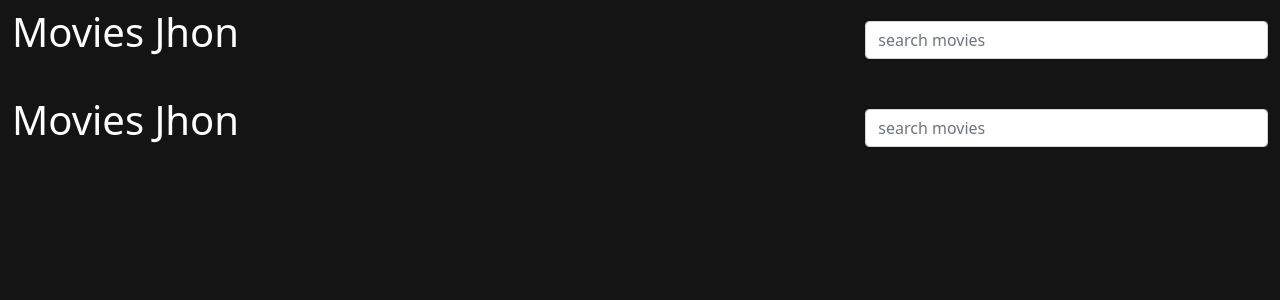
Repository: jhonenmanuel1/movies-get-info-fetch
Page: /
The author's editor kept a copy of each file at every save. The page is drawn from the files as they stood at one save, then again after the next save.
The browser window is 1280 px wide. The pictures show the whole page.
The page's requests for data from a server got no answer. The project was rebuilt for these pictures with package versions that can differ from the ones it lists, and the page was loaded fresh each time. No one was signed in, and anything a server would have sent is missing. Also part of the build but not shown: src/components/AddFavorites.js.

Above is the page before, as saved 2022-06-20 16:31:10.

After the next save:
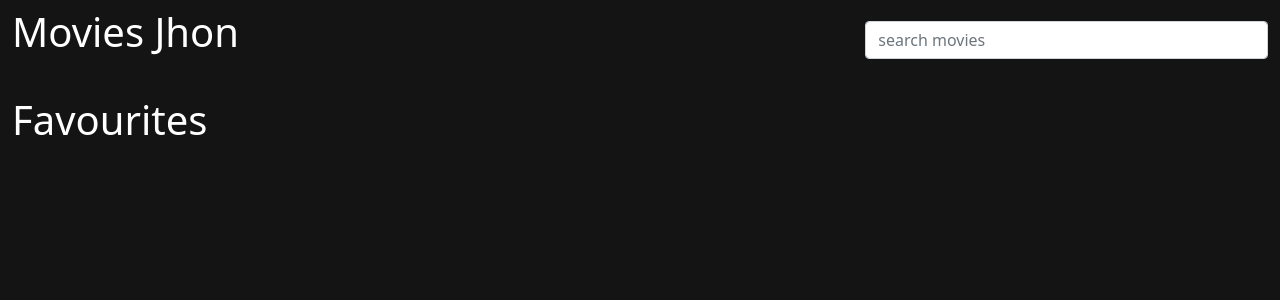
Saved 42 s later.
--- a/src/App.js
+++ b/src/App.js
@@ -45,9 +45,8 @@ const App = () => {
             favouriteComponent={AddFavourite}
           />
         </div>
-        <div className="row d-flex align-items-center mt-2 mb-4">
-          <MovieListHeading heading="Movies Jhon" />
-          <SearchBox searchValue={search} setSearchValue={setSearch} />
+         <div className="row d-flex align-items-center mt-2 mb-4">
+          <MovieListHeading heading="Favourites" />
           <div></div>
         </div>
       </div>
